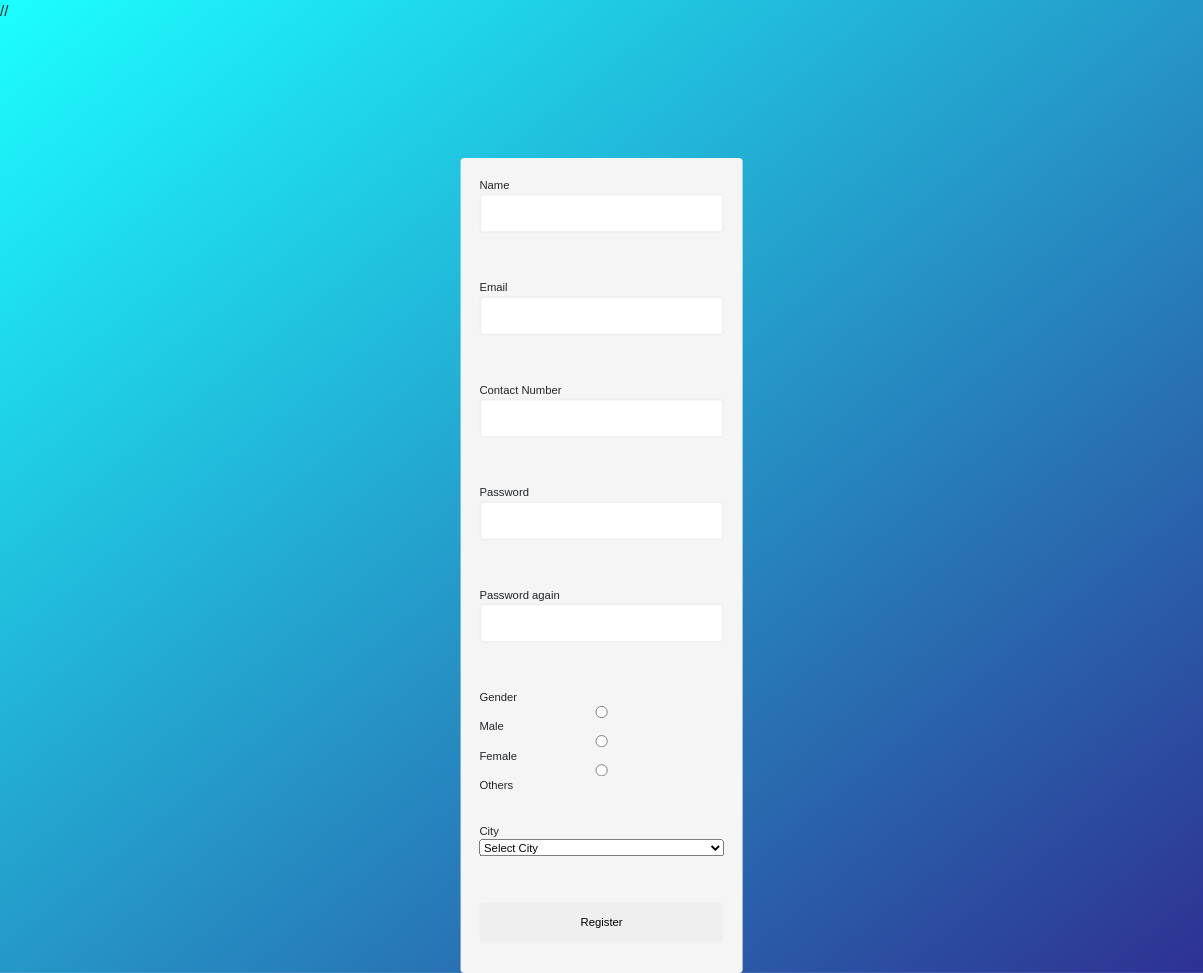
Repository: MD-1107/ISS_Assignment
Page: http://localhost/DemoRegisterLogin/Register
These files come from the project's save history. The page is drawn as it stood at one moment and after the next save; the edit follows.
The browser window is 1280 px wide. The pictures show the whole page, at 94% of full size.
The page is served by Tomcat 9. Other server files are loaded and not shown.

Above is the page before, as saved 2024-01-03 12:16:53.

### INTEGRATING CLIENT SIDE PROGRAMMING/DemoRegisterLogin/src/main/webapp/register.jsp
<%@ page language="java" contentType="text/html; charset=UTF-8"
    pageEncoding="UTF-8"%>
<!DOCTYPE html>
<html>
<head>
<meta charset="UTF-8">
<title>Insert title here</title>
 <link href="https://cdn.jsdelivr.net/npm/bootstrap@5.3.2/dist/css/bootstrap.min.css" rel="stylesheet" integrity="sha384-T3c6CoIi6uLrA9TneNEoa7RxnatzjcDSCmG1MXxSR1GAsXEV/Dwwykc2MPK8M2HN" crossorigin="anonymous">
 <script src="https://cdn.jsdelivr.net/npm/bootstrap@5.3.2/dist/js/bootstrap.bundle.min.js" integrity="sha384-C6RzsynM9kWDrMNeT87bh95OGNyZPhcTNXj1NW7RuBCsyN/o0jlpcV8Qyq46cDfL" crossorigin="anonymous"></script>
 <script src="script.js"></script>
 //<link rel="stylesheet" href="style.css">
</head>
<body>
<div class="container">
<form id="form" name="registerForm" action="Register" method="post">

<div class="input-control">
<label for="name">Name</label>
<input type="text" id="name" name="name"/>
<br/> <br/>
<div class="error"></div>
</div>

<div class="input-control">
<label for="email">Email</label>
<input type="email" id="email" name="email"/>
<br/> <br/>
<div class="error"></div>
</div>


<div class="input-control">
<label for="contact">Contact Number</label>
<input type="text" id="contact" name="contact"/>
<br/> <br/>
<div class="error"></div>
</div>


<div class="input-control">
<label for="password">Password</label>
<input type="password" id="password" name="password"/>
<br/> <br/>
<div class="error"></div>
</div>

<div class="input-control">
<label for="password2">Password again</label>
<input type="password" id="password2" name="password2"/>
<br/> <br/>
<div class="error"></div>
</div>

<div class="input-control">
<label for="gender">Gender</label>
<input type="radio" id="gender" name="gender"/> Male<input type="radio" name="gender">Female<input type="radio" name="gender">Others
<br/> <br/>
<div class="error"></div>
</div>

<div class="input-control">
<label for="city">City</label>
<select name="city" id="city">
          <option> Select City </option>
          <option> Delhi </option>
          <option> Mumbai </option>
          <option> Pune </option>
          <option> Bengalore </option>
</select>
<br/> <br/>
<div class="error"></div>
</div>

<div class="input-control">
    <input type="submit" value="Register" />
<div class="error"></div>
</div>
</form>
</div>
</body>
</html>

### INTEGRATING CLIENT SIDE PROGRAMMING/DemoRegisterLogin/src/main/java/in/sp/backend/Register.java
package in.sp.backend;

import java.io.IOException;
import java.io.PrintWriter;
import java.sql.Connection;
import java.sql.DriverManager;
import java.sql.PreparedStatement;

import javax.servlet.RequestDispatcher;
import javax.servlet.ServletException;
import javax.servlet.annotation.WebServlet;
import javax.servlet.http.HttpServlet;
import javax.servlet.http.HttpServletRequest;
import javax.servlet.http.HttpServletResponse;

/**
 * Servlet implementation class Register
 */
@WebServlet("/Register")
public class Register extends HttpServlet {
	private static final long serialVersionUID = 1L;

    /**
     * @see HttpServlet#HttpServlet()
     */
    public Register() {
        super();
        // TODO Auto-generated constructor stub
    }

	/**
	 * @see HttpServlet#doGet(HttpServletRequest request, HttpServletResponse response)
	 */
	protected void doGet(HttpServletRequest request, HttpServletResponse response) throws ServletException, IOException {
		// TODO Auto-generated method stub
		RequestDispatcher dispatcher = request.getRequestDispatcher("/register.jsp");
        dispatcher.forward(request, response);
	}

	/**
	 * @see HttpServlet#doPost(HttpServletRequest request, HttpServletResponse response)
	 */
	protected void doPost(HttpServletRequest request, HttpServletResponse response) throws ServletException, IOException {
		// TODO Auto-generated method stub

		PrintWriter out= response.getWriter();

		String myName=request.getParameter("name");
		String myEmail=request.getParameter("email");
		String myContact=request.getParameter("contact");
		String myPassword=request.getParameter("password");
		String myGender=request.getParameter("gender");
		String myCity=request.getParameter("city");

		try
		{
			Class.forName("com.mysql.cj.jdbc.Driver");

			String DB_URL = "jdbc:mysql://localhost:3306/iss_practice";
			String USER = "root";
			String PASS = "Maanu1107%";

			Connection connection=DriverManager.getConnection(DB_URL,USER,PASS);

			PreparedStatement ps=connection.prepareStatement("insert into register values(?,?,?,?,?,?);");

			ps.setString(1, myName);
			ps.setString(2, myEmail);
			ps.setString(3, myContact);
			ps.setString(4, myPassword);
			ps.setString(5, myGender);
			ps.setString(6, myCity);


			int count=ps.executeUpdate();

			if(count>0)
			{
				response.setContentType("text/html");
				out.print("<h3 style='color:green'> User registerd successfully</h3>");
				RequestDispatcher rd= request.getRequestDispatcher("/login.jsp");
				rd.include(request, response);
			}
			else
			{
				response.setContentType("text/html");
				out.print("<h3 style='color:red'> User not registerd successfully</h3>");
				RequestDispatcher rd= request.getRequestDispatcher("/register.jsp");
				rd.include(request, response);
			}


		}
		catch (Exception e)
		{
			System.out.println(e);
		}

	}

}

### INTEGRATING CLIENT SIDE PROGRAMMING/DemoRegisterLogin/src/main/webapp/script.js
document.addEventListener('DOMContentLoaded', function () {
    const form = document.forms['registerForm'];
    const name = form['name'];
    const email = form['email'];
    const contact = form['contact'];
    const password = form['password'];
    const password2 = form['password2'];
    const gender = form['gender'];
    const city = form['city'];

    form.addEventListener('submit', function (e) {
        e.preventDefault();
        validateInputs();

        if (form.querySelectorAll('.success').length === form.length - 1) {

            window.location.href = '/Login';
        }
    });

    const setError = function (element, message) {
    const inputControl = element.parentElement;
    const errorDisplay = inputControl.querySelector('.error');

    errorDisplay.innerText = message;
    inputControl.classList.add('error');
    inputControl.classList.remove('success');
   };

    const setSuccess = function (element) {
    const inputControl = element.parentElement;
    const errorDisplay = inputControl.querySelector('.error');

    errorDisplay.innerText = '';
    inputControl.classList.add('success');
    inputControl.classList.remove('error');
    };


    const isValidEmail = function (email) {
        const emailFormat = /^(([^<>()[\]\\.,;:\s@"]+(\.[^<>()[\]\\.,;:\s@"]+)*)|(".+"))@((\[[0-9]{1,3}\.[0-9]{1,3}\.[0-9]{1,3}\.[0-9]{1,3}\])|(([a-zA-Z\-0-9]+\.)+[a-zA-Z]{2,}))$/;
        return emailFormat.test(String(email).toLowerCase());
    };

    const validateInputs = function () {
        const nameValue = name.value.trim();
        const emailValue = email.value.trim();
        const contactValue = contact.value.trim();
        const passwordValue = password.value.trim();
        const password2Value = password2.value.trim();
        const genderValue = gender.value;
        const cityValue = city.value;

        if (nameValue === '') {
            setError(name, 'Username is Required');
        } else {
            setSuccess(name);
        }

        if (emailValue === '') {
            setError(email, 'Email is Required');
        } else if (!isValidEmail(emailValue)) {
            setError(email, 'Valid Email is required');
        } else {
            setSuccess(email);
        }

        if (contactValue === '') {
            setError(contact, 'Contact Number is Required');
        } else if (contactValue.length !== 10) {
            setError(contact, 'Provide Valid Contact Number');
        } else {
            setSuccess(contact);
        }

        if (passwordValue === '') {
            setError(password, 'Password is Required');
        } else if (passwordValue.length < 8) {
            setError(password, 'Password should be at least 8 characters');
        } else {
            setSuccess(password);
        }

        if (password2Value === '') {
            setError(password2, 'Please confirm your password');
        } else if (password2Value !== passwordValue) {
            setError(password2, 'The passwords do not match');
        } else {
            setSuccess(password2);
        }

        if (!genderValue) {
            setError(gender, 'Please select a gender');
        } else {
            setSuccess(gender);
        }

        if (cityValue === 'Select City') {
            setError(city, 'Please select a city');
        } else {
            setSuccess(city);
        }
    };
});

### INTEGRATING CLIENT SIDE PROGRAMMING/DemoRegisterLogin/src/main/webapp/style.css
@charset "UTF-8";
body {
    background: linear-gradient(to left top, #2E3192,#1BFFFF);
    font-family: 'Poppins', sans-serif;
}

#form {
    width: 300px;
    margin: 20vh auto 0 auto;
    padding: 20px;
    background-color: whitesmoke;
    border-radius: 4px;
    font-size: 12px;
}

#form h1 {
    color: #0f2027;
    text-align: center;
}

#form button {
    padding: 10px;
    margin-top: 10px;
    width: 100%;
    color: white;
    background-color: rgb(41, 57, 194);
    border: none;
    border-radius: 4px;
}

.input-control {
    display: flex;
    flex-direction: column;
}

.input-control input {
    border: 2px solid #f0f0f0;
	border-radius: 4px;
	display: block;
	font-size: 12px;
	padding: 10px;
	width: 100%;
}

.input-control input:focus {
    outline: 0;
}

.input-control.success input {
    border-color: #09c372;
}

.input-control.error input {
    border-color: #ff3860;
}

.input-control .error {
    color: #ff3860;
    font-size: 9px;
    height: 13px;
}

After the next save:
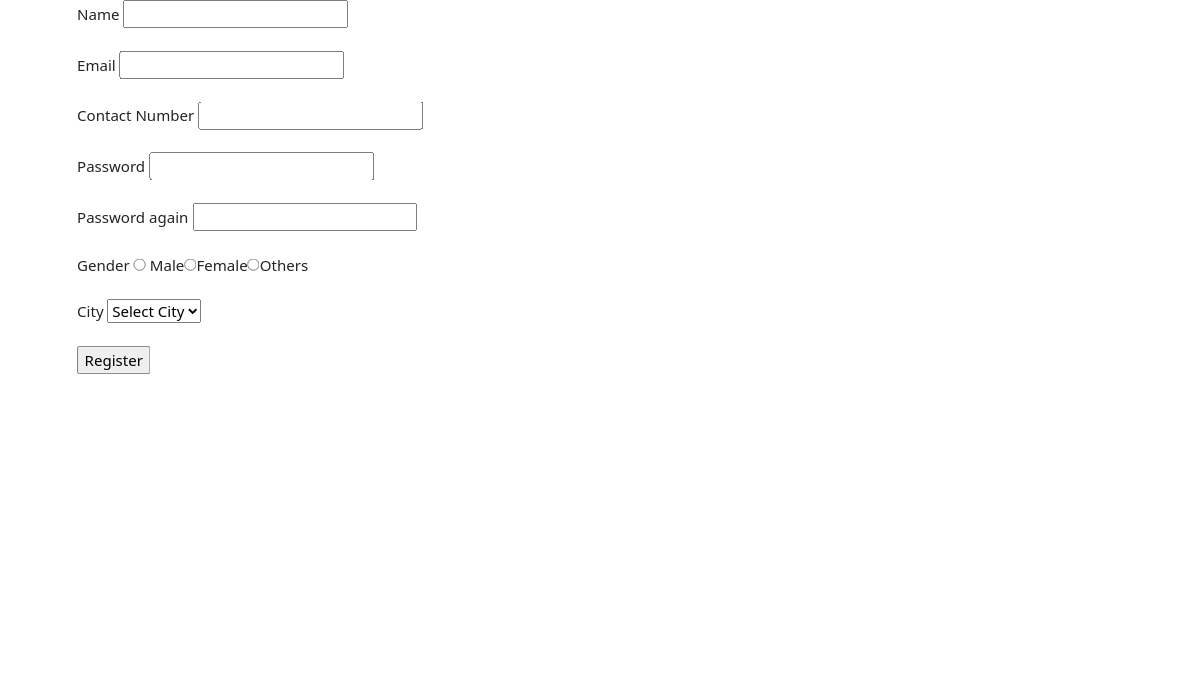
Saved 42 s later.
--- a/INTEGRATING CLIENT SIDE PROGRAMMING/DemoRegisterLogin/src/main/webapp/register.jsp
+++ b/INTEGRATING CLIENT SIDE PROGRAMMING/DemoRegisterLogin/src/main/webapp/register.jsp
@@ -8,7 +8,7 @@
  <link href="https://cdn.jsdelivr.net/npm/bootstrap@5.3.2/dist/css/bootstrap.min.css" rel="stylesheet" integrity="sha384-T3c6CoIi6uLrA9TneNEoa7RxnatzjcDSCmG1MXxSR1GAsXEV/Dwwykc2MPK8M2HN" crossorigin="anonymous">
  <script src="https://cdn.jsdelivr.net/npm/bootstrap@5.3.2/dist/js/bootstrap.bundle.min.js" integrity="sha384-C6RzsynM9kWDrMNeT87bh95OGNyZPhcTNXj1NW7RuBCsyN/o0jlpcV8Qyq46cDfL" crossorigin="anonymous"></script>
  <script src="script.js"></script>
- //<link rel="stylesheet" href="style.css">
+
 </head>
 <body>
 <div class="container">
